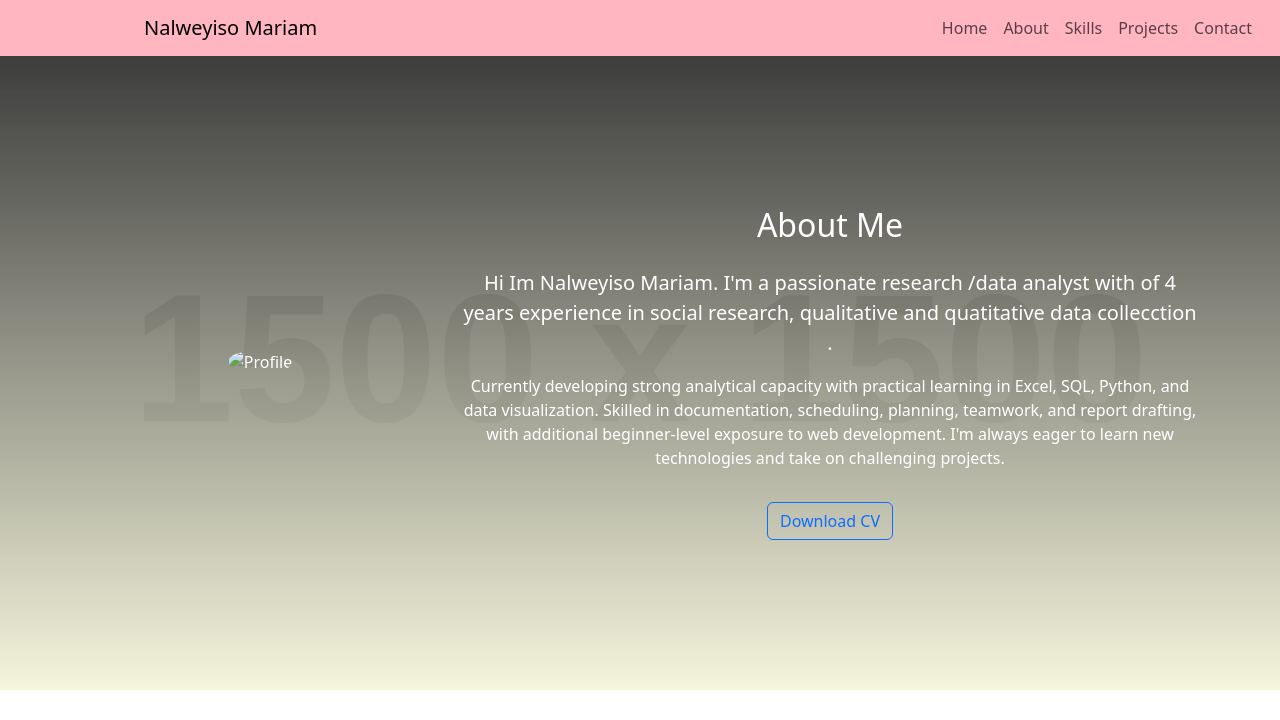
Repository: NalweMari/My-Personal-Portfolio
Page: index.html
An editor plug-in stored every save of this project. The page is shown before and after the next save, followed by the edit.
The browser window is 1280 px wide. The pictures show the whole page.

Above is the page before, as saved 2025-11-27 13:14:29.
Console error (its wording comes from the project's code and is left out).

After the next save:
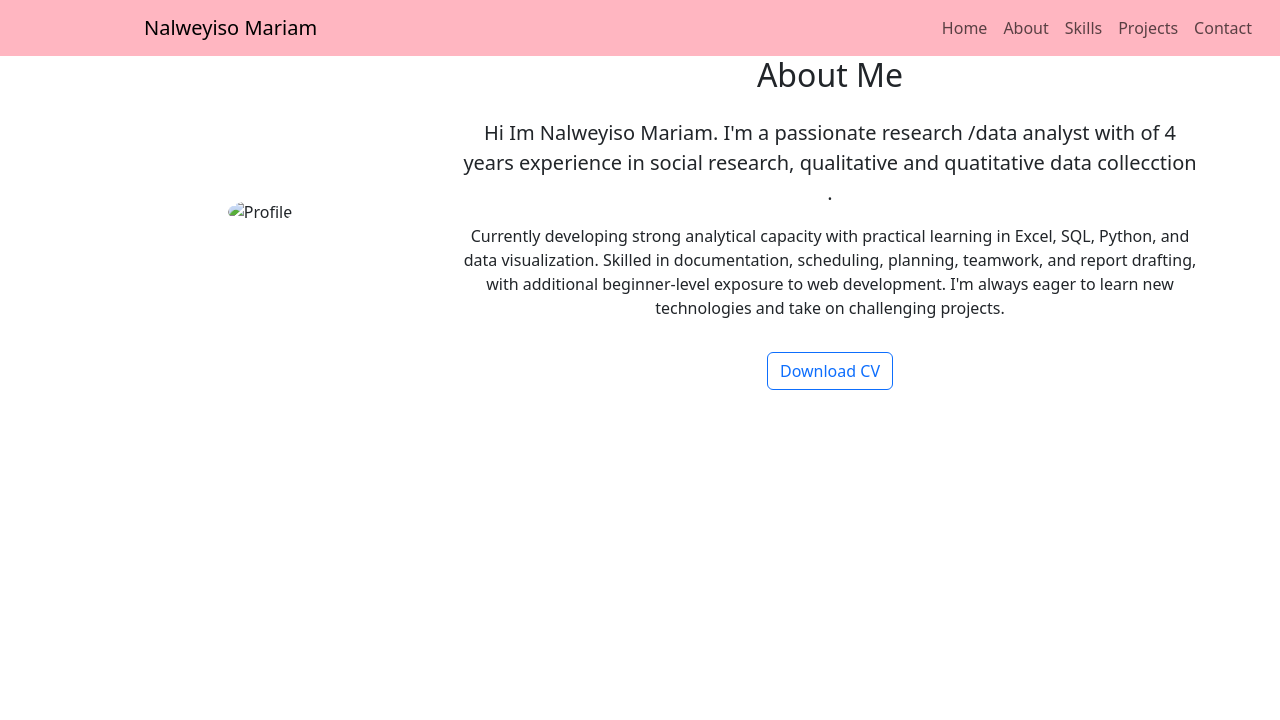
Saved 46 s later.
--- a/Style.css
+++ b/Style.css
@@ -1,7 +1,7 @@
 .bg-custom {
 background-color: lightpink;
 }
-.hero-section {
+/* .hero-section {
   background: linear-gradient(rgba(0, 0, 0, 0.7), beige),
     url("https://via.placeholder.com/1500") center/cover no-repeat;
   color: white;
@@ -23,4 +23,4 @@ background-color: lightpink;
 }
 .project-card:hover {
   transform: translateY(-5px);
-}
+} */
